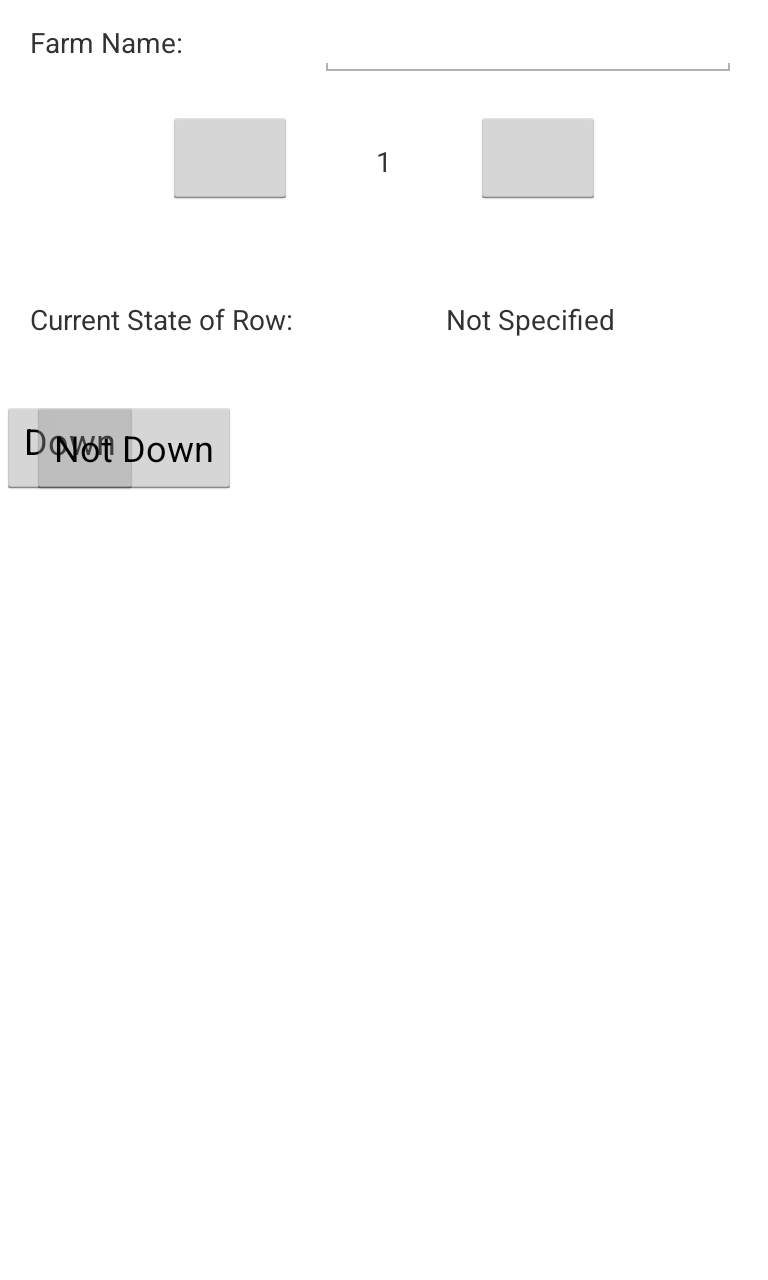
Repository: cokembel/FarmHand
Layout: FarmHand/res/layout/activity_main.xml
These files come from the project's save history. The layout is drawn as it stood at one moment and after the next save; the edit follows.
It is drawn on a 768 x 1280 px phone screen (xhdpi) without system bars, with theme AppTheme; the app's code is not run.

Above is the layout before, as saved 2012-12-05 10:07:53.

### FarmHand/res/layout/activity_main.xml

    <ScrollView xmlns:android="http://schemas.android.com/apk/res/android"
        android:layout_width="match_parent"
        android:layout_height="match_parent"
        android:layout_alignParentLeft="true"
        android:layout_alignParentTop="true" >

        <RelativeLayout
            android:layout_width="match_parent"
            android:layout_height="wrap_content" >

            <AutoCompleteTextView
                android:id="@+id/farm_name"
                android:layout_width="wrap_content"
                android:layout_height="wrap_content"
                android:layout_alignParentRight="true"
                android:layout_alignParentTop="true"
                android:layout_marginRight="15dp"
                android:ems="10" />

            <TextView
                android:id="@+id/farm_label"
                android:layout_width="100dp"
                android:layout_height="wrap_content"
                android:layout_alignBaseline="@id/farm_name"
                android:layout_alignBottom="@id/farm_name"
                android:gravity="left"
                android:layout_marginLeft="15dp"
                android:text="@string/farm_name" />

            <TextView
                android:id="@+id/status_label"
                android:layout_width="wrap_content"
                android:layout_height="wrap_content"
                android:layout_marginTop="150dp"
                android:layout_alignLeft="@id/farm_label"
                android:text="@string/status" />

            <TextView
                android:id="@+id/current_status"
                android:layout_width="wrap_content"
                android:layout_height="wrap_content"
                android:layout_alignBaseline="@id/status_label"
                android:layout_alignParentRight="true"
                android:gravity="center_horizontal"
                android:layout_toRightOf="@id/status_label"
                android:text="Not Specified" />

             <TextView
                android:id="@+id/row_number"
                android:layout_width="90dp"
                android:layout_height="40dp"
                android:layout_alignBaseline="@+id/prev_row_button"
                android:layout_alignBottom="@+id/prev_row_button"
                android:layout_centerHorizontal="true"
                android:gravity="center"
                android:text="1" />

            <Button
                android:id="@+id/down_button"
                android:layout_width="wrap_content"
                android:layout_height="wrap_content"
                android:layout_marginTop="200dp"
                android:layout_marginRight="15dp"
                android:gravity="right"
                android:text="Down" />

            <Button
                android:id="@+id/next_row_button"
                android:layout_width="wrap_content"
                android:layout_height="match_parent"
                android:layout_toRightOf="@id/row_number"
                android:layout_alignTop="@id/prev_row_button"
                />

            <Button
                android:id="@+id/prev_row_button"
                android:layout_toLeftOf="@id/row_number"
                android:layout_width="wrap_content"
                android:layout_height="wrap_content"
                android:layout_marginTop="55dp"
               />

            <Button
                android:id="@+id/not_down_button"
                android:layout_width="wrap_content"
                android:layout_height="wrap_content"
                android:layout_alignLeft="@+id/status_label"
                android:layout_alignParentBottom="true"
                android:text="Not Down" />

        </RelativeLayout>

    </ScrollView>

### FarmHand/res/values/strings.xml
<resources>

    <string name="app_name">FarmHand</string>
    <string name="menu_settings">Settings</string>
    <string name="title_activity_main">MainActivity</string>
    <string name="farm_name">Farm Name:</string>
	<string name="status">Current State of Row:</string>

</resources>

Loaded but not shown: FarmHand/res/values-v11/styles.xml (common file); FarmHand/res/values-v14/styles.xml (common file); FarmHand/res/values/styles.xml (common file)

After the next save:
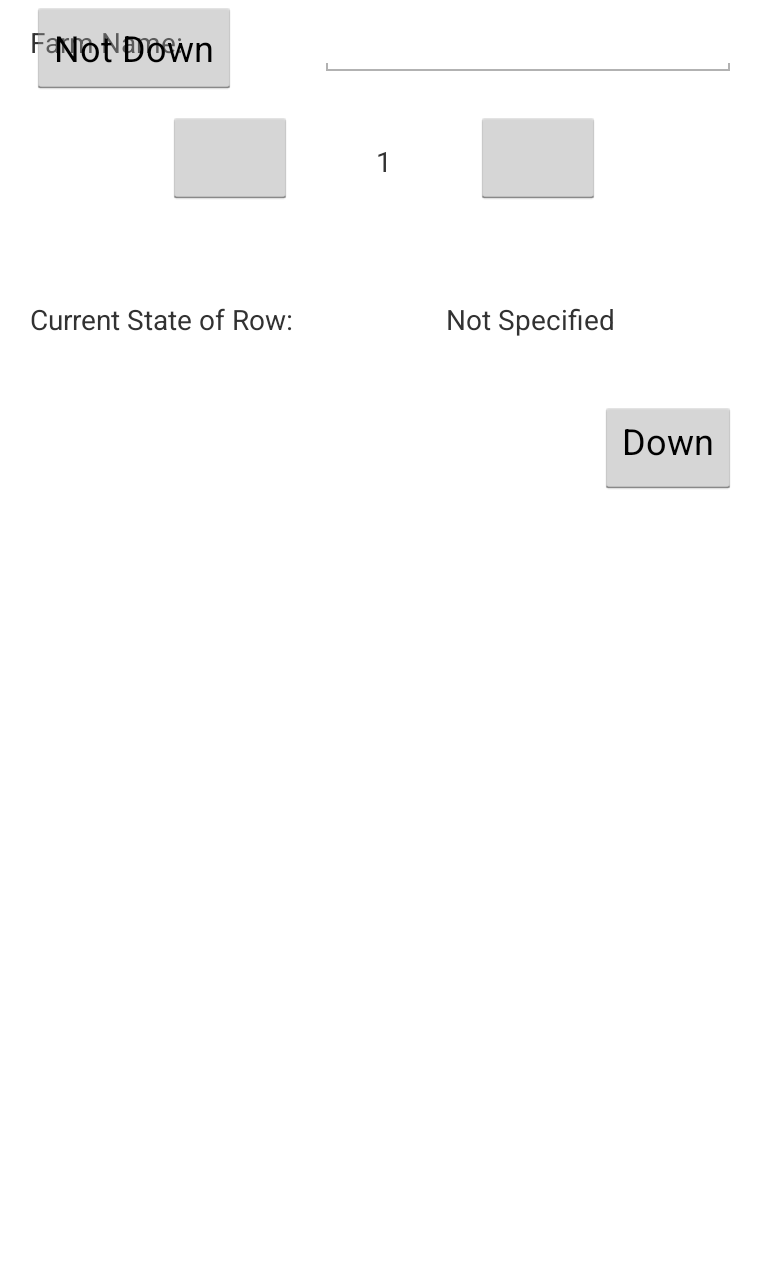
Saved 42 s later.
--- a/FarmHand/res/layout/activity_main.xml
+++ b/FarmHand/res/layout/activity_main.xml
@@ -57,15 +57,6 @@
                 android:text="1" />
 
             <Button
-                android:id="@+id/down_button"
-                android:layout_width="wrap_content"
-                android:layout_height="wrap_content"
-                android:layout_marginTop="200dp"
-                android:layout_marginRight="15dp"
-                android:gravity="right"
-                android:text="Down" />
-
-            <Button
                 android:id="@+id/next_row_button"
                 android:layout_width="wrap_content"
                 android:layout_height="match_parent"
@@ -86,8 +77,17 @@
                 android:layout_width="wrap_content"
                 android:layout_height="wrap_content"
                 android:layout_alignLeft="@+id/status_label"
+                android:layout_marginBottom="200dp"
+                android:text="Not Down" />
+
+            <Button
+                android:id="@+id/down_button"
+                android:layout_width="wrap_content"
+                android:layout_height="wrap_content"
                 android:layout_alignParentBottom="true"
-                android:text="Not Down" />
+                android:layout_alignRight="@+id/farm_name"
+                android:gravity="right"
+                android:text="Down" />
 
         </RelativeLayout>
 
